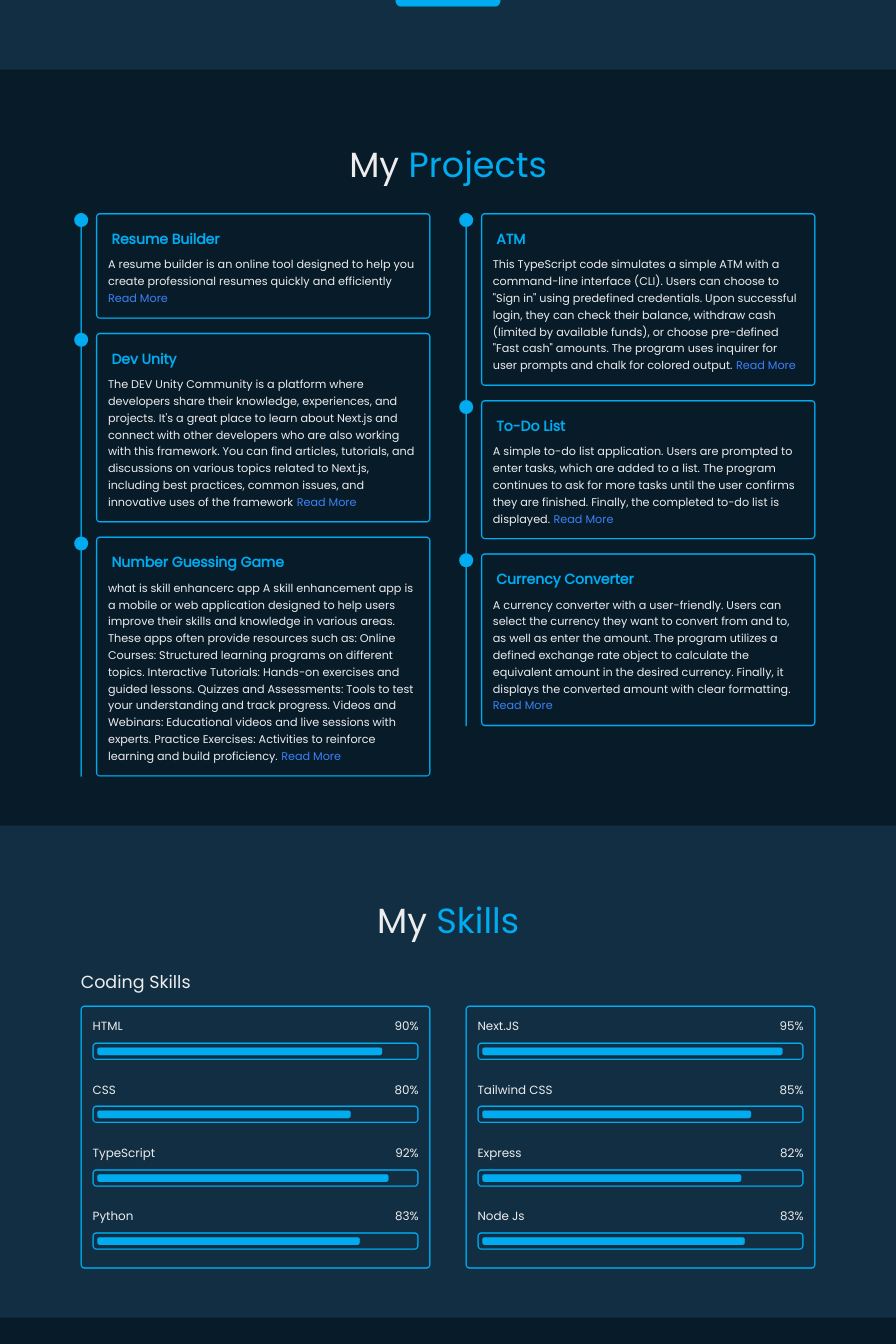
Repository: asadullah48/nextjs_projects_portfolio
Page: /
The author's editor kept a copy of each file at every save. The page is drawn from the files as they stood at one save, then again after the next save.
The browser window is 1280 px wide. The pictures show the part of the page from y = 1559 to 3479 px (the page is 4330 px tall), at 70% of full size.
The project was rebuilt for these pictures with package versions that can differ from the ones it lists, and the page was loaded fresh each time. The framework's server and built-in components were replaced by stand-ins that run in the browser. Also part of the build but not shown: next.config.ts.

Above is the page before, as saved 2024-11-13 14:45:28.

### src/app/layout.tsx
import type { Metadata } from "next";
import { Poppins } from "next/font/google";
import "./globals.css";
import Link from "next/link";
<Link  href='https://unpkg.com/boxicons@2.1.4/css/boxicons.min.css' rel='stylesheet'></Link>

const poppins = Poppins({ subsets: ["latin"], weight : '400' });

export const metadata: Metadata = {
  title: "Tayyab Portfolio",
  description: "Generated by Tayyab Khalid",
};

export default function RootLayout({
  children,
}: Readonly<{
  children: React.ReactNode;
}>) {
  return (
    <html lang="en">
      <body className={poppins.className}>

        {children}

        </body>
    </html>
  );
}

### src/app/page.tsx
"use client"
import Link from "next/link";
import Image from "next/image";
import LinkedInIcon from "@mui/icons-material/LinkedIn";
import GitHubIcon from "@mui/icons-material/GitHub";
import XIcon from "@mui/icons-material/X";
import ArrowUpwardIcon from "@mui/icons-material/ArrowUpward";
import { Menu } from "lucide-react";
import { useState } from "react";
import {
  Sheet,
  SheetContent,
  SheetDescription,
  SheetHeader,
  SheetTitle,
  SheetTrigger,
} from "@/components/ui/sheet";

export default function Home() {
  const [isSidebarOpen, setIsSidebarOpen] = useState(false);

  const closeSidebar = () => {
    setIsSidebarOpen(false);
  };

  return (
    <main>
      {/* ---------header------------ */}
     <header className={`header flex justify-end items-center transition-opacity duration-300 ${isSidebarOpen ? "opacity-50" : "opacity-100"}`}>
        <div>
          <Link href={"#home"} className="logo ">
            AsadullahShafique.
          </Link>
        </div>
        <nav className="navbar">
          <Sheet open={isSidebarOpen} onOpenChange={setIsSidebarOpen}>
            <SheetTrigger className="tablet:hidden">
              <Menu className="menu-icon mr-4" />
            </SheetTrigger>
            <SheetContent className="pt-4 text-3xl">
              <br />
              <br />
              <br />
              <Link href={"#home"} onClick={closeSidebar}>
                Home
              </Link>
              <br />
              <br />
              <br />
              <Link href={"#about"} onClick={closeSidebar}>
                About
              </Link>
              <br />
              <br />
              <br />
              <Link href={"#education"} onClick={closeSidebar}>
                Project
              </Link>
              <br />
              <br />
              <br />
              <Link href={"#skills"} onClick={closeSidebar}>
                Skills
              </Link>
              <br />
              <br />
              <br />
              <Link href={"#contact"} onClick={closeSidebar}>
                Contact
              </Link>
              <br />
            </SheetContent>
          </Sheet>
          <ul className="hidden tablet:flex gap-x-8 text-[1.7rem]">
            <li>
              <Link
                className="text-[var(--text-color)] font-bold ml-[3.5rem] transition duration-300 hover:text-[var(--main-color)]
active:text-[var(--main-color)]"
                href={"#home"}
              >
                Home
              </Link>
            </li>
            <li>
              <Link
                className="text-[var(--text-color)] font-bold ml-[3.5rem] transition duration-300 hover:text-[var(--main-color)]
active:text-[var(--main-color)]"
                href={"#about"}
              >
                About
              </Link>
            </li>
            <li>
              <Link
                className="text-[var(--text-color)] font-bold ml-[3.5rem] transition duration-300 hover:text-[var(--main-color)]
active:text-[var(--main-color)]"
                href={"#education"}
              >
                Project
              </Link>
            </li>
            <li>
              <Link
                className="text-[var(--text-color)] font-bold ml-[3.5rem] transition duration-300 hover:text-[var(--main-color)]
active:text-[var(--main-color)]"
                href={"#skills"}
              >
                Skills
              </Link>{" "}
            </li>
            <li>
              <Link
                className="text-[var(--text-color)] font-bold ml-[3.5rem] transition duration-300 hover:text-[var(--main-color)]
active:text-[var(--main-color)]"
                href={"#contact"}
              >
                Contact
              </Link>
            </li>
          </ul>
        </nav>
      </header>

      {/*-------------- home section-------------- */}

      <section className={`home bg-[url('../../public/fullSizeImge1.jpg')] bg-cover bg-center transition-opacity duration-300 ${isSidebarOpen ? "opacity-50" : "opacity-100"}`} id="home">
        <div className="home-content">
          <h1>
            Hi, I'm<span> Asadullah Shafique</span>{" "}
          </h1>
          <div className="text-animated">
            <h3>Textile Engineer Cum Full-Stack Developer</h3>
          </div>
          <p>
            I'm a passionate Full Stack Developer currently honing my skills at
            GIAIC. On the front-end, I've mastered Next.js and Tailwind CSS,
            creating responsive and dynamic user interfaces. As I continue my
            journey, I’m diving deeper into back-end technologies to build
            comprehensive, full-stack applications. Stay tuned as I continue to
            expand my skill set and bring innovative ideas to life!
          </p>

          <div className="btn-box">
            <Link
              href={
                "https://www.linkedin.com/in/asadullah-shafique-a00679325/"
              }
              className="btn" target="_blank"
            >
              Hire me
            </Link>
            <Link
              href={
                "https://www.youtube.com/@asadullahshafique4261"
              }
              className="btn" target="_blank"
            >
              Lets talk
            </Link>
          </div>
          <div className="flex-space-x-4 home-sci">
            <Link
              href="https://www.facebook.com/asadullah.shafique"
              target="_blank"
              rel="noopener noreferrer"
              className="bx-bx1-linkedin"
            >
              <LinkedInIcon className="icon" sx={{ fontSize: 25 }} />
            </Link>
            <Link
              href={"ttps://github.com/asadullah48"}
              target="_blank"
              className="bx-bx1-github"
            >
              <GitHubIcon className="icon" sx={{ fontSize: 25 }} />
            </Link>
            <Link
              href={"https://www.instagram.com/shafiqueasadullah/"}
              target="_blank"
              className="bx-bx1-x"
            >
              <XIcon className="icon" sx={{ fontSize: 25 }} />
            </Link>
          </div>
        </div>

        <div className="home-imgHover"></div>
      </section>

      {/* --------------About Section------------- */}

      <section className="about" id="about">
        <h2 className="heading">
          About <span>Me</span>
        </h2>

        <div className="about-image relative w-[25rem] h-[25rem] rounded-full flex justify-center items-center">
      <Image
        src="/dp.png"
        alt="Profile Image"
        width={225}
        height={225}
        className="Image rounded-full border-[.2rem] border-[var(--main-color)]"
      />
      <span className="circle-spin absolute"></span>
    </div>

        <div className="about-content">
          <h2>Full Stack Developer</h2>
          <p className="about-para">
          Welcome to my portfolio! I am Asadullah Shafique, Textile Engineer Cum a passionate full-stack developer
          and aspiring <span className="font-bold">CERTIFIED CLOUD APPLIED GENERATIVE AI ENGINEER.</span> My portfolio highlights a diverse array of projects crafted with cutting-edge technologies
          like Next.js. Through continuous learning and practical experience,
          I am dedicated to improving user experiences and addressing real-world challenges with innovative web solutions.

          </p>

          <div className="btn-box btns">
            <a href="#about" className="btn">
              Read More
            </a>
          </div>
        </div>
      </section>

      {/* -----------------------project section--------------------------- */}

      <section className="education" id="education">
        <h2 className="heading">
          My <span>Projects </span>
        </h2>

        <div className="education-row">
          <div className="education-column">
            {/* <h3 className="title">Education</h3> */}

            <div className="education-box">
              <div className="education-content">
                <div className="content">
                  <div className="year">
                    <h3>Resume Builder</h3>
                  </div>
                  <p>
                  A resume builder is an online tool designed to help you create professional resumes quickly and efficiently
                    <Link
                      href="https://hackathon-puce-six.vercel.app/"
                      className="text-blue-500 hover:underline ml-2"
                      target="_blank"
                    >
                      Read More
                    </Link>
                  </p>
                </div>
              </div>

              <div className="education-content">
                <div className="content">
                  <div className="year">
                    <h3>Dev Unity</h3>
                  </div>
                  <p>
                  The DEV Unity Community is a platform where developers share their knowledge, experiences, and projects.
                  It's a great place to learn about Next.js and connect with other developers
                  who are also working with this framework. You can find articles, tutorials, and discussions on various topics related to Next.js,
                  including best practices, common issues, and innovative uses of the framework
                    <Link
                      href="https://asadullahshafique-devunity.vercel.app/"              className="text-blue-500
                      hover:underline ml-2"
                      target="_blank"
                    >
                      Read More
                    </Link>
                  </p>
                </div>
              </div>

              <div className="education-content">
                <div className="content">
                  <div className="year">
                    <h3>Number Guessing Game</h3>
                  </div>
                  <p>
                  what is skill enhancerc app
A skill enhancement app is a mobile or web application designed to help users improve their skills and knowledge in various areas. These apps often provide resources such as:

Online Courses: Structured learning programs on different topics.

Interactive Tutorials: Hands-on exercises and guided lessons.

Quizzes and Assessments: Tools to test your understanding and track progress.

Videos and Webinars: Educational videos and live sessions with experts.

Practice Exercises: Activities to reinforce learning and build proficiency.
                    <Link
                      href=""
                      className="text-blue-500 hover:underline ml-2"
                      target="_blank"
                    >
                      Read More
                    </Link>
                  </p>
                </div>
              </div>
            </div>
          </div>

          {/* --------------2nd column----------- */}

          <div className="education-column">
            {/* <h3 className="title">Experience</h3> */}
            <div className="education-box">
              <div className="education-content">
                <div className="content">
                  <div className="year">
                    <h3>ATM</h3>
                  </div>
                  <p>
                  This TypeScript code simulates a simple ATM with a command-line interface (CLI).
                  Users can choose to "Sign in" using predefined credentials. Upon successful login, they can check their balance, withdraw cash (limited by available funds), or choose pre-defined "Fast cash" amounts. The program uses inquirer for user prompts and chalk for colored output.
                    <Link
                      href="https://github.com/Tayyabkhalid993/PIAIC56/tree/main/NodeProjects/Project02_ATM"
                      className="text-blue-500
                      hover:underline ml-2"
                      target="_blank"
                    >
                      Read More
                    </Link>
                  </p>
                </div>
              </div>

              <div className="education-content">
                <div className="content">
                  <div className="year">
                    <h3>To-Do List</h3>
                  </div>
                  <p>
                  A simple to-do list application.
                  Users are prompted to enter tasks, which are added to a list. The program continues to ask for more tasks until the user confirms they are finished. Finally, the completed to-do list is displayed.
                    <Link
                      href="https://github.com/Tayyabkhalid993/PIAIC56/tree/main/NodeProjects/Project03_toDoList"
                      className="text-blue-500
                       hover:underline ml-2"
                      target="_blank"
                    >
                      Read More
                    </Link>
                  </p>
                </div>
              </div>

              <div className="education-content">
                <div className="content">
                  <div className="year">
                    <h3>Currency Converter</h3>
                  </div>
                  <p>
                  A currency converter with a user-friendly. Users can select the currency they want to convert from and to,
                  as well as enter the amount. The program utilizes a defined exchange rate object to calculate the equivalent amount in the desired currency. Finally, it displays the converted amount with clear formatting.
                    <Link
                      href="https://github.com/Tayyabkhalid993/PIAIC56/tree/main/NodeProjects/Other_Projects/Rock_Paper_sessior"
                      className="text-blue-500
                       hover:underline ml-2"
                      target="_blank"
                    >
                      Read More
                    </Link>
                  </p>
                </div>
              </div>
            </div>
          </div>
        </div>
      </section>

      {/* -----------------------skill section--------------------------- */}
      <section className="skills" id="skills">
        <h2 className="heading">
          {" "}
          My <span>Skills</span>
        </h2>
            <h3 className="skill-title">Coding Skills</h3>

        <div className="skills-row">
          <div className="skills-column">

            <div className="skills-box">
              <div className="skills-content">
                <div className="progress">
                  <h3>
                    HTML <span>90%</span>
                  </h3>
                  <div className="bar">
                    <span></span>
                  </div>
                </div>
                <div className="progress">
                  <h3>
                    CSS <span>80%</span>
                  </h3>
                  <div className="bar">
                    <span></span>
                  </div>
                </div>
                <div className="progress">
                  <h3>
                    TypeScript <span>92%</span>
                  </h3>
                  <div className="bar">
                    <span></span>
                  </div>
                </div>
                <div className="progress">
                  <h3>
                    Python <span>83%</span>
                  </h3>
                  <div className="bar">
                    <span></span>
                  </div>
                </div>
                  <div className="bar">
                    <span></span>
                  </div>
              </div>
            </div>
          </div>

          {/* ----------------------For another Column--------------------------- */}

          <div className="skills-column">
            {/* <h3 className="title">Professional Skills</h3> */}
            <div className="skills-box">
              <div className="skills-content">
                <div className="progress">
                  <h3>
                  Next.JS <span>95%</span>
                  </h3>
                  <div className="bar">
                    <span></span>
                  </div>
                </div>
                <div className="progress">
                  <h3>
                    Tailwind CSS <span>85%</span>
                  </h3>
                  <div className="bar">
                    <span></span>
                  </div>
                </div>
                <div className="progress">
                  <h3>
                    Express <span>82%</span>
                  </h3>
                  <div className="bar">
                    <span></span>
                  </div>
                </div>
                <div className="progress">
                  <h3>
                  Node Js <span>83%</span>
                  </h3>
                  <div className="bar">
                    <span></span>
                  </div>
                </div>
                  <div className="bar">
                    <span></span>
                </div>
              </div>
            </div>
          </div>
        </div>
      </section>

      <section className="contact" id="contact">
        <center></center>
        <h2 className="heading">
          Contact <span>Me!</span>
        </h2>

        <form action="#">
          <div className="input-box">
            <div className="input-field">
              <input type="text" placeholder="Full Name" required />
              <span className="focus"></span>
            </div>
            <div className="input-field">
              <input type="text" placeholder="Email Address" required />
              <span className="focus"></span>
            </div>
          </div>

          <div className="input-box">
            <div className="input-field">
              <input type="string" placeholder="Mobile Number" required />
              <span className="focus"></span>
            </div>
            <div className="input-field">
              <input type="text" placeholder="Email Subject" required />
              <span className="focus"></span>
            </div>
          </div>
          <div className="textarea-field">
            <textarea
              name=""
              id=""
              cols={30}
              rows={10}
              placeholder="Your Message"
              required
            ></textarea>
            <span className="focus"></span>
          </div>

          <div className="btn-box btns">
            <a href="#contact" className="btn">
              Submit
            </a>
          </div>
        </form>
      </section>

      {/* --------------footer-------------- */}

      <footer className="footer">
        <div className="footer-text">
          <p>Copyright &copy; 2024 by Tayyab | All Right Reserved.</p>
        </div>

        <div className="footer-iconTop">
          <Link href="/" className=" bg-cyan-500 bx-bx1-arrowUpWardIcon">
            <ArrowUpwardIcon className="icon" sx={{ fontSize: 25 }} />
          </Link>
        </div>
      </footer>
    </main>
  );
}

Loaded but not shown: src/lib/utils.ts (common file); tailwind.config.ts (common file); src/app/globals.css (833 lines, source omitted); src/components/ui/sheet.tsx (140 lines, source omitted)

After the next save:
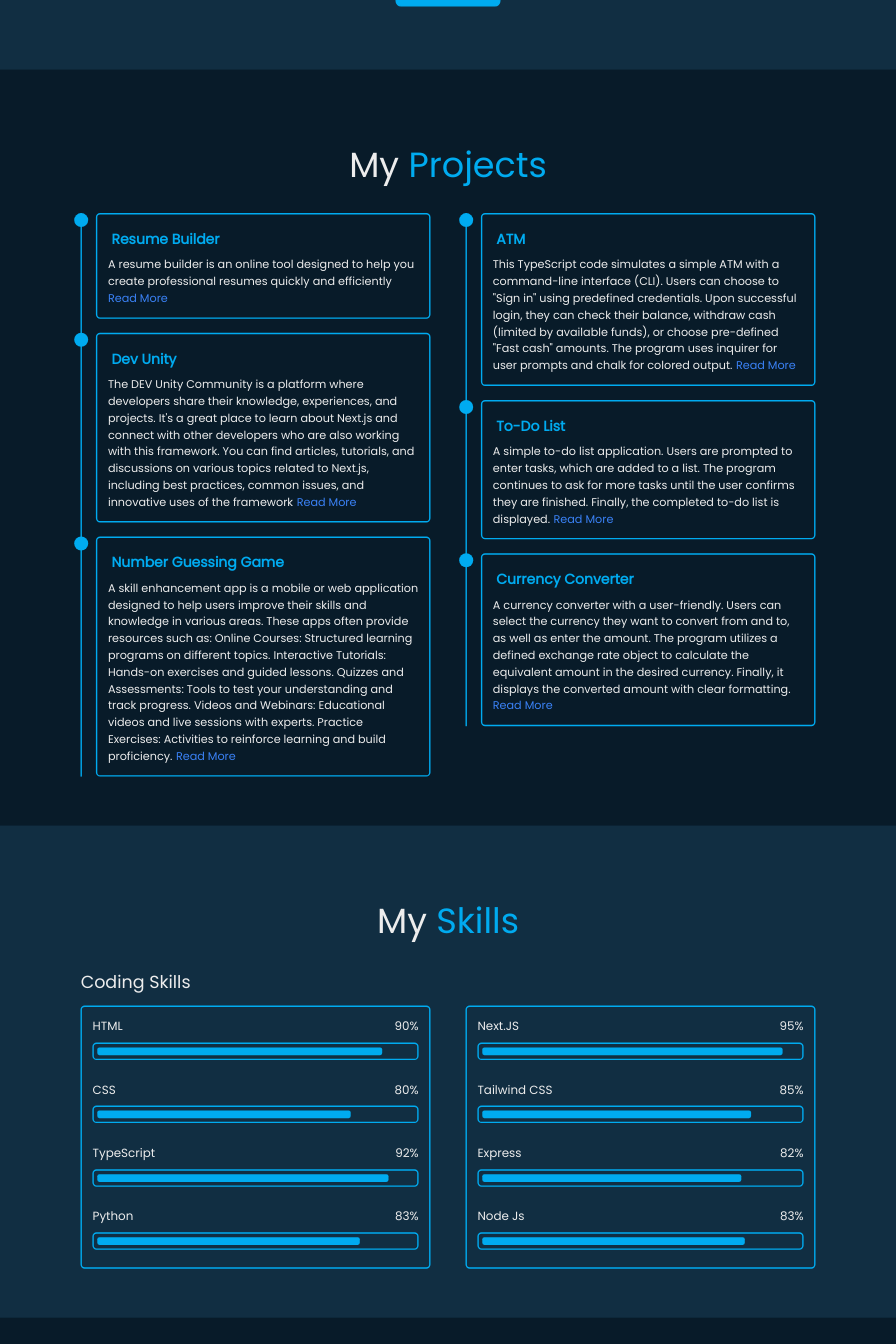
Saved 15 s later.
--- a/src/app/page.tsx
+++ b/src/app/page.tsx
@@ -280,7 +280,7 @@ active:text-[var(--main-color)]"
                     <h3>Number Guessing Game</h3>
                   </div>
                   <p>
-                  what is skill enhancerc app
+
 A skill enhancement app is a mobile or web application designed to help users improve their skills and knowledge in various areas. These apps often provide resources such as:
 
 Online Courses: Structured learning programs on different topics.
